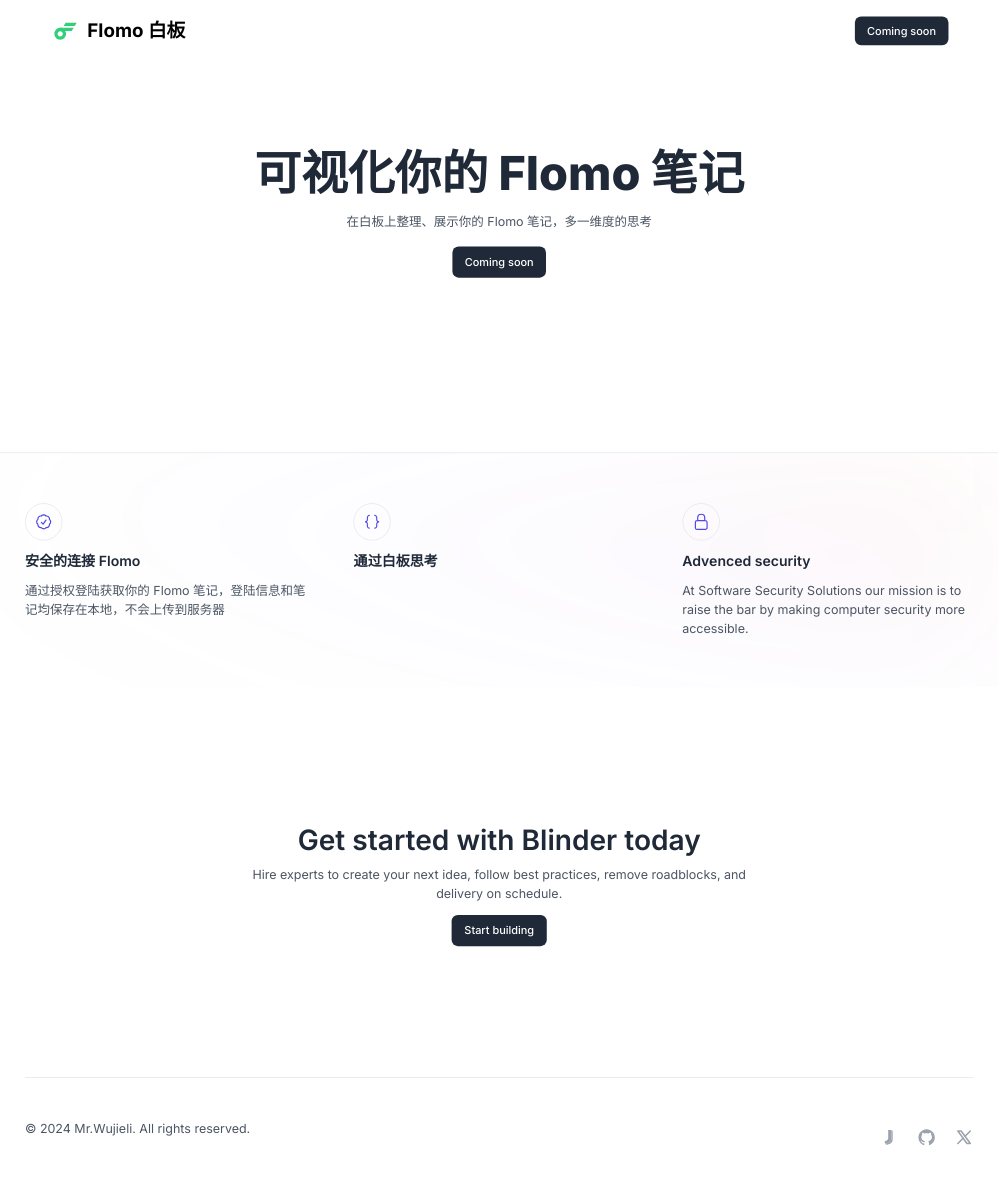
Repository: wujieli0207/flomo-board
Page: /
The author's editor kept a copy of each file at every save. The page is drawn from the files as they stood at one save, then again after the next save.
The browser window is 1280 px wide. The pictures show the whole page, at 78% of full size.
The project was rebuilt for these pictures with package versions that can differ from the ones it lists, and the page was loaded fresh each time. The framework's server and built-in components were replaced by stand-ins that run in the browser. Also part of the build but not shown: next.config.mjs.

Above is the page before, as saved 2024-06-22 20:22:06.

### app/page.tsx
import GradientWrapper from '@/components/GradientWrapper'
import Features from '@/components/ui/Features'
import Footer from '@/components/ui/Footer'
import FooterCTA from '@/components/ui/FooterCTA'
import Hero from '@/components/ui/Hero'
import Navbar from '@/components/ui/Navbar'

export default function Home() {
  return (
    <>
      <Navbar />
      <main className="flex min-h-screen flex-col items-center justify-between">
        <Hero />
        <GradientWrapper>
          <Features />
        </GradientWrapper>
        <FooterCTA />
      </main>
      <Footer />
    </>
  )
}

### app/globals.css
@tailwind base;
@tailwind components;
@tailwind utilities;

.custom-screen {
  @apply max-w-screen-xl mx-auto px-4 md:px-8;
}

.gradient-border {
  border: 1px solid transparent;
  background: linear-gradient(white, white),
    linear-gradient(
      25deg,
      rgba(209, 213, 219, 1),
      rgba(209, 213, 219, 1),
      rgba(0, 0, 0, 0.63),
      rgba(209, 213, 219, 1),
      rgba(209, 213, 219, 1)
    );
  background-clip: padding-box, border-box;
  background-origin: padding-box, border-box;
}

### components/GradientWrapper.tsx
import { ReactNode } from 'react'

interface IProps {
  children: ReactNode
  className?: string
}

const GradientWrapper = ({ children, className = '' }: IProps) => (
  <div
    className={`relative overflow-hidden my-16 border-t sm:my-28 ${
      className ?? ''
    }`}
  >
    <div
      className="blur-[100px] absolute inset-0 w-full h-full"
      style={{
        background:
          'linear-gradient(202.72deg, rgba(237, 78, 80, 0.05) 14.76%, rgba(152, 103, 240, 0.04) 34.37%, rgba(152, 103, 240, 0) 86.62%)',
      }}
    ></div>
    <div className="relative">{children}</div>
  </div>
)

export default GradientWrapper

### components/ui/Features/index.tsx
import SectionWrapper from '../../SectionWrapper'

const Features = () => {
  const features = [
    {
      icon: (
        <svg
          xmlns="http://www.w3.org/2000/svg"
          fill="none"
          viewBox="0 0 24 24"
          strokeWidth={1.5}
          stroke="currentColor"
          className="w-6 h-6"
        >
          <path
            strokeLinecap="round"
            strokeLinejoin="round"
            d="M9 12.75L11.25 15 15 9.75M21 12c0 1.268-.63 2.39-1.593 3.068a3.745 3.745 0 01-1.043 3.296 3.745 3.745 0 01-3.296 1.043A3.745 3.745 0 0112 21c-1.268 0-2.39-.63-3.068-1.593a3.746 3.746 0 01-3.296-1.043 3.745 3.745 0 01-1.043-3.296A3.745 3.745 0 013 12c0-1.268.63-2.39 1.593-3.068a3.745 3.745 0 011.043-3.296 3.746 3.746 0 013.296-1.043A3.746 3.746 0 0112 3c1.268 0 2.39.63 3.068 1.593a3.746 3.746 0 013.296 1.043 3.746 3.746 0 011.043 3.296A3.745 3.745 0 0121 12z"
          />
        </svg>
      ),
      title: '安全的连接 Flomo',
      desc: '通过授权登陆获取你的 Flomo 笔记，登陆信息和笔记均保存在本地，不会上传到服务器',
    },
    {
      icon: (
        <svg
          className="w-6 h-6"
          viewBox="0 0 24 24"
          fill="none"
          xmlns="http://www.w3.org/2000/svg"
        >
          <path
            fill-rule="evenodd"
            clip-rule="evenodd"
            d="M9 4.476V3H8.865C8.3955 3 7.941 3.093 7.5015 3.2775C7.06407 3.46087 6.66854 3.73136 6.339 4.0725C6.01829 4.39483 5.76667 4.77915 5.5995 5.202V5.2035C5.45069 5.60502 5.35097 6.02305 5.3025 6.4485V6.4515C5.25984 6.8816 5.24781 7.31419 5.2665 7.746C5.2845 8.181 5.2935 8.616 5.2935 9.0495C5.2935 9.354 5.2335 9.639 5.118 9.9075V9.909C4.89786 10.433 4.48805 10.8546 3.9705 11.0895C3.70659 11.2048 3.42148 11.2635 3.1335 11.262H3V12.738H3.135C3.4275 12.738 3.705 12.798 3.969 12.9195L3.9705 12.921C4.2375 13.038 4.464 13.197 4.653 13.398L4.656 13.401C4.851 13.596 5.0055 13.8285 5.1165 14.0985L5.118 14.1015C5.235 14.3715 5.2935 14.6535 5.2935 14.9505C5.2935 15.3855 5.2845 15.8205 5.2665 16.254C5.2485 16.698 5.2605 17.1315 5.3025 17.559V17.5605C5.352 17.985 5.451 18.3975 5.598 18.7965V18.798C5.757 19.2075 6.0045 19.584 6.339 19.9275C6.6735 20.2725 7.062 20.538 7.5015 20.7225C7.941 20.907 8.3955 21 8.8665 21H9V19.524H8.865C8.565 19.524 8.2845 19.467 8.0205 19.3515C7.76585 19.2325 7.53389 19.0701 7.335 18.8715C7.14192 18.666 6.98519 18.4291 6.8715 18.171C6.7605 17.901 6.7065 17.616 6.7065 17.3115C6.7065 16.9695 6.711 16.632 6.723 16.3035C6.735 15.9615 6.735 15.6285 6.723 15.306C6.71771 14.9845 6.69015 14.6637 6.6405 14.346C6.59278 14.0326 6.50819 13.726 6.3885 13.4325C6.15504 12.8646 5.77322 12.3698 5.283 12C5.77377 11.6304 6.15612 11.1356 6.39 10.5675C6.51 10.2795 6.5925 9.978 6.642 9.6645C6.6915 9.3495 6.7185 9.03 6.7245 8.7045C6.7365 8.3745 6.7365 8.0415 6.7245 7.7055C6.7125 7.3695 6.7065 7.0305 6.7065 6.6885C6.7039 6.25858 6.82703 5.83727 7.06076 5.47643C7.29448 5.11558 7.6286 4.83093 8.022 4.6575C8.28687 4.53605 8.57512 4.4741 8.8665 4.476H9ZM15 19.524V21H15.135C15.6045 21 16.059 20.907 16.4985 20.7225C16.938 20.538 17.3265 20.2725 17.661 19.9275C17.9955 19.5825 18.243 19.2075 18.4005 18.798V18.7965C18.5505 18.3975 18.648 17.982 18.6975 17.5515V17.5485C18.7395 17.1285 18.7515 16.698 18.7335 16.254C18.7155 15.819 18.7065 15.384 18.7065 14.9505C18.7065 14.646 18.7665 14.361 18.882 14.0925V14.091C19.1019 13.5668 19.5118 13.1452 20.0295 12.9105C20.2935 12.7954 20.5785 12.7367 20.8665 12.738H21V11.262H20.865C20.571 11.262 20.2935 11.202 20.0295 11.0805L20.028 11.079C19.7705 10.968 19.5382 10.8057 19.3455 10.602L19.3425 10.599C19.1443 10.3993 18.9878 10.1622 18.882 9.9015V9.8985C18.7648 9.63083 18.7045 9.34171 18.705 9.0495C18.705 8.6145 18.714 8.1795 18.732 7.746C18.7507 7.3107 18.7387 6.87461 18.696 6.441V6.4395C18.6474 6.01715 18.5482 5.60217 18.4005 5.2035V5.202C18.2329 4.77902 17.9807 4.39469 17.6595 4.0725C17.3299 3.7314 16.9344 3.46091 16.497 3.2775C16.0653 3.09415 15.601 2.99977 15.132 3H15V4.476H15.135C15.435 4.476 15.7155 4.533 15.978 4.6485C16.239 4.7715 16.467 4.9305 16.6635 5.1285C16.854 5.3295 17.0085 5.5635 17.127 5.829C17.238 6.099 17.292 6.384 17.292 6.6885C17.292 7.0305 17.2875 7.3665 17.2755 7.6965C17.2635 8.0385 17.2635 8.3715 17.2755 8.694C17.2815 9.027 17.3085 9.3465 17.358 9.654C17.4075 9.975 17.4915 10.278 17.61 10.5675C17.8439 11.1356 18.2263 11.6303 18.717 12C18.2263 12.3697 17.8439 12.8644 17.61 13.4325C17.4912 13.7227 17.4066 14.0257 17.358 14.3355C17.3085 14.6505 17.2815 14.97 17.2755 15.2955C17.2634 15.6284 17.2634 15.9616 17.2755 16.2945C17.2875 16.6305 17.2935 16.9695 17.2935 17.3115C17.2959 17.7414 17.1727 18.1626 16.939 18.5234C16.7053 18.8842 16.3713 19.1689 15.978 19.3425C15.7131 19.4639 15.4249 19.5259 15.1335 19.524H15Z"
            fill="currentColor"
          />
        </svg>
      ),
      title: '通过白板思考',
      desc: '',
    },
    {
      icon: (
        <svg
          xmlns="http://www.w3.org/2000/svg"
          fill="none"
          viewBox="0 0 24 24"
          strokeWidth={1.5}
          stroke="currentColor"
          className="w-6 h-6"
        >
          <path
            strokeLinecap="round"
            strokeLinejoin="round"
            d="M16.5 10.5V6.75a4.5 4.5 0 10-9 0v3.75m-.75 11.25h10.5a2.25 2.25 0 002.25-2.25v-6.75a2.25 2.25 0 00-2.25-2.25H6.75a2.25 2.25 0 00-2.25 2.25v6.75a2.25 2.25 0 002.25 2.25z"
          />
        </svg>
      ),
      title: 'Advenced security',
      desc: 'At Software Security Solutions our mission is to raise the bar by making computer security more accessible.',
    },
  ]

  return (
    <SectionWrapper>
      <div id="features" className="custom-screen text-gray-600">
        <ul className="grid gap-x-12 gap-y-8 sm:grid-cols-2 lg:grid-cols-3">
          {features.map((item, idx) => (
            <li key={idx} className="space-y-3">
              <div className="w-12 h-12 border text-indigo-600 rounded-full flex items-center justify-center">
                {item.icon}
              </div>
              <h4 className="text-lg text-gray-800 font-semibold">
                {item.title}
              </h4>
              <p>{item.desc}</p>
            </li>
          ))}
        </ul>
      </div>
    </SectionWrapper>
  )
}

export default Features

### components/ui/Footer/index.tsx
import Link from 'next/link'

const socialInfo = [
  {
    icon: (
      <svg
        className="fill-current h-6"
        viewBox="0 0 1024 1024"
        version="1.1"
        xmlns="http://www.w3.org/2000/svg"
        p-id="11966"
      >
        <path
          d="M297.88660622 864.60698169a17.99472925 17.99472925 0 0 1-1.92238933 0.35535076l61.27179093 59.73970488c58.91832035-5.41181725 116.59000035-20.90744035 159.05150293-36.26325333 42.49645511-15.39076551 77.44316302-35.15642311 104.9100288-59.38435413a221.79130027 221.79130027 0 0 0 61.02129778-87.27647574c13.18293049-33.98551325 19.77148302-73.20225565 19.77148302-117.66187804V404.55008711c0-49.51608889 0.18058809-92.43779982 0.53593885-128.73600569 0.35535075-36.3331584 0.57089138-69.10698382 0.57089138-98.42633387l-68.53609245-54.67741297c0 29.24361955-0.18058809 62.01744498-0.53593884 98.31565084s-0.53593885 79.22574222-0.53593884 128.73600569v219.57763982c0 44.45379698-6.58855253 83.6763648-19.77148303 117.62692552a221.8786816 221.8786816 0 0 1-61.02129777 87.27647573c-27.43191325 24.2221056-62.40774827 44.02854115-104.9100288 59.38435413-41.93138915 15.16357405-91.9076864 25.49787307-149.89976463 30.97959538z"
          p-id="11967"
        ></path>
        <path
          d="M634.59018525 122.59965155c0 29.27857209-0.21554062 62.08735005-0.57089138 98.39138134a13396.43221333 13396.43221333 0 0 0-0.53593885 128.77678364v219.57763982c0 44.45379698-6.58855253 83.6763648-19.80643555 117.62692552a221.85537991 221.85537991 0 0 1-60.98634525 87.27647573c-27.46686578 24.2221056-62.44852622 44.02854115-104.9100288 59.38435413s-93.15432675 25.75419165-152.07264711 31.17183432l-33.05927111-142.02379378c26.85519645-2.98261618 53.48320142-7.79441493 79.68595058-14.38879289a165.97210453 165.97210453 0 0 0 59.62902187-28.46301298c18.05880889-14.06839467 31.70194773-31.77767822 40.96436906-53.1103744 9.19251627-21.3385216 13.78294898-49.51608889 13.78294898-84.5676544 0-28.21251982 0.1048576-57.92217315 0.28544569-89.19886507 0.18058809-31.24173938 0.25049315-63.51457849 0.25049315-96.74861226 0-57.85226809-0.25049315-103.83815111-0.786432-137.99842702-0.57089138-34.16027591-0.9961472-66.04281173-1.35149795-95.68256h179.42882987l0.0524288-0.0233017z"
          p-id="11968"
        ></path>
      </svg>
    ),
    href: 'https://web.okjike.com/u/737645D8-42B5-4B4F-9687-DCA50D85DE1A',
  },
  {
    icon: (
      <svg
        className="fill-current h-6 icon"
        viewBox="0 0 1024 1024"
        version="1.1"
        xmlns="http://www.w3.org/2000/svg"
        p-id="10708"
      >
        <path
          d="M511.6 76.3C264.3 76.2 64 276.4 64 523.5 64 718.9 189.3 885 363.8 946c23.5 5.9 19.9-10.8 19.9-22.2v-77.5c-135.7 15.9-141.2-73.9-150.3-88.9C215 726 171.5 718 184.5 703c30.9-15.9 62.4 4 98.9 57.9 26.4 39.1 77.9 32.5 104 26 5.7-23.5 17.9-44.5 34.7-60.8-140.6-25.2-199.2-111-199.2-213 0-49.5 16.3-95 48.3-131.7-20.4-60.5 1.9-112.3 4.9-120 58.1-5.2 118.5 41.6 123.2 45.3 33-8.9 70.7-13.6 112.9-13.6 42.4 0 80.2 4.9 113.5 13.9 11.3-8.6 67.3-48.8 121.3-43.9 2.9 7.7 24.7 58.3 5.5 118 32.4 36.8 48.9 82.7 48.9 132.3 0 102.2-59 188.1-200 212.9 23.5 23.2 38.1 55.4 38.1 91v112.5c0.8 9 0 17.9 15 17.9 177.1-59.7 304.6-227 304.6-424.1 0-247.2-200.4-447.3-447.5-447.3z"
          p-id="10709"
        ></path>
      </svg>
    ),
    href: 'https://github.com/wujieli0207',
  },
  {
    icon: (
      <svg
        xmlns="http://www.w3.org/2000/svg"
        width="24"
        height="24"
        viewBox="0 0 24 24"
        fill="none"
        stroke="currentColor"
        stroke-width="2"
        stroke-linecap="round"
        stroke-linejoin="round"
      >
        <path stroke="none" d="M0 0h24v24H0z" fill="none" />
        <path d="M4 4l11.733 16h4.267l-11.733 -16z" />
        <path d="M4 20l6.768 -6.768m2.46 -2.46l6.772 -6.772" />
      </svg>
    ),
    href: 'https://x.com/li_wujie',
  },
]

const Footer = () => (
  <footer>
    <div className="custom-screen pt-16">
      <div className="mt-10 py-10 border-t items-center justify-between sm:flex">
        <p className="text-gray-600">
          © 2024{' '}
          <Link
            href="https://wujieli.com"
            target="_blank"
            className="hover:text-gray-800 hover:underline duration-150"
          >
            Mr.Wujieli
          </Link>
          . All rights reserved.
        </p>
        <div className="flex items-center gap-x-6 text-gray-400 mt-6">
          {socialInfo.map((item, idx) => (
            <a
              key={idx}
              href={item.href}
              aria-label="social media"
              target="_blank"
              rel="noreferrer"
            >
              {item.icon}
            </a>
          ))}
        </div>
      </div>
    </div>
  </footer>
)

export default Footer

### components/ui/FooterCTA/index.tsx
import SectionWrapper from '../../SectionWrapper'
import NavLink from '../NavLink'

const FooterCTA = () => (
  <SectionWrapper>
    <div className="custom-screen">
      <div className="max-w-2xl mx-auto text-center">
        <h2 className="text-gray-800 text-3xl font-semibold sm:text-4xl">
          Get started with Blinder today
        </h2>
        <p className="mt-3 text-gray-600">
          Hire experts to create your next idea, follow best practices, remove
          roadblocks, and delivery on schedule.
        </p>
        <NavLink
          href="/get-started"
          className="mt-4 inline-block font-medium text-sm text-white bg-gray-800 hover:bg-gray-600 active:bg-gray-900"
        >
          Start building
        </NavLink>
      </div>
    </div>
  </SectionWrapper>
)

export default FooterCTA

### components/ui/Hero/index.tsx
import NavLink from '../NavLink'

const Hero = () => (
  <section>
    <div className="custom-screen py-28 text-gray-600">
      <div className="space-y-5 max-w-4xl mx-auto text-center">
        <h1 className="text-4xl text-gray-800 font-extrabold mx-auto sm:text-6xl">
          可视化你的 Flomo 笔记
        </h1>
        <p className="max-w-xl mx-auto">
          在白板上整理、展示你的 Flomo 笔记，多一维度的思考
        </p>
        <div className="flex items-center justify-center gap-x-3 font-medium text-sm">
          <NavLink
            href="/"
            className="text-white bg-gray-800 hover:bg-gray-600 active:bg-gray-900 "
          >
            Coming soon
          </NavLink>
          {/* <NavLink
            href="#cta"
            className="text-gray-700 border hover:bg-gray-50"
          >
            Learn more
          </NavLink> */}
        </div>
      </div>
    </div>
  </section>
)

export default Hero

### components/ui/Navbar/index.tsx
'use client'

import Link from 'next/link'
import { useEffect, useState } from 'react'
import Brand from '../Brand'
import NavLink from '../NavLink'

const Navbar = () => {
  const [state, setState] = useState(false)
  // const { events } = useRouter()

  // const navigation = [{ title: 'Features', path: '#features' }]

  useEffect(() => {
    // Close the navbar menu when navigate
    const handleState = () => {
      document.body.classList.remove('overflow-hidden')
      setState(false)
    }
    // events.on('routeChangeStart', () => handleState())
    // events.on('hashChangeStart', () => handleState())
  }, [])

  const handleNavMenu = () => {
    setState(!state)
    document.body.classList.toggle('overflow-hidden')
  }

  return (
    <nav
      className={`bg-white w-full px-8 md:static md:text-sm ${
        state ? 'fixed z-10 h-full' : ''
      }`}
    >
      <div className="custom-screen items-center mx-auto md:flex">
        <div className="flex items-center justify-between py-3 md:py-5 md:block">
          <Brand />
          <div className="md:hidden">
            <button
              role="button"
              aria-label="Open the menu"
              className="text-gray-500 hover:text-gray-800"
              onClick={handleNavMenu}
            >
              {state ? (
                <svg
                  xmlns="http://www.w3.org/2000/svg"
                  className="h-6 w-6"
                  viewBox="0 0 20 20"
                  fill="currentColor"
                >
                  <path
                    fillRule="evenodd"
                    d="M4.293 4.293a1 1 0 011.414 0L10 8.586l4.293-4.293a1 1 0 111.414 1.414L11.414 10l4.293 4.293a1 1 0 01-1.414 1.414L10 11.414l-4.293 4.293a1 1 0 01-1.414-1.414L8.586 10 4.293 5.707a1 1 0 010-1.414z"
                    clipRule="evenodd"
                  />
                </svg>
              ) : (
                <svg
                  xmlns="http://www.w3.org/2000/svg"
                  fill="none"
                  viewBox="0 0 24 24"
                  strokeWidth={1.5}
                  stroke="currentColor"
                  className="w-6 h-6"
                >
                  <path
                    strokeLinecap="round"
                    strokeLinejoin="round"
                    d="M3.75 6.75h16.5M3.75 12h16.5m-16.5 5.25h16.5"
                  />
                </svg>
              )}
            </button>
          </div>
        </div>
        <div
          className={`flex-1 pb-3 mt-8 md:pb-0 md:mt-0 md:block ${
            state ? '' : 'hidden'
          }`}
        >
          <ul className="text-gray-700 justify-end items-center space-y-6 md:flex md:space-x-6 md:space-y-0 md:text-gray-600 md:font-medium">
            {/* {navigation.map((item, idx) => {
              return (
                <li key={idx} className="duration-150 hover:text-gray-900">
                  <Link href={item.path} className="block">
                    {item.title}
                  </Link>
                </li>
              )
            })} */}
            <li>
              <NavLink
                href="/"
                className="block font-medium text-sm text-white bg-gray-800 hover:bg-gray-600 active:bg-gray-900 md:inline"
              >
                Coming soon
              </NavLink>
            </li>
          </ul>
        </div>
      </div>
    </nav>
  )
}

export default Navbar

### components/SectionWrapper.tsx
import { ReactNode } from 'react'

interface IProps {
  children: ReactNode
  id?: string
  className?: string
}

const SectionWrapper = ({ children, id, className }: IProps) => (
  <section id={id} className={`py-16 ${className ?? ''}`}>
    {children}
  </section>
)

export default SectionWrapper

### components/ui/NavLink/index.tsx
import Link from 'next/link'
import { ReactNode } from 'react'

interface IProps {
  children: ReactNode
  href: string
  className?: string
}

const NavLink = ({ children, href, className = '' }: IProps) => (
  <Link
    href={href}
    className={`py-2.5 px-4 text-center rounded-lg duration-150 ${className}`}
  >
    {children}
  </Link>
)

export default NavLink

### components/ui/Brand/index.tsx
import Image from 'next/image'
import Link from 'next/link'

const Brand = () => (
  <Link href="/" className="flex items-center">
    <Image src="/logo.svg" width={40} height={40} alt="logo" />
    <h1 className="ml-2 text-2xl font-bold">Flomo 白板</h1>
  </Link>
)
export default Brand

### tailwind.config.ts
import type { Config } from 'tailwindcss'

const config: Config = {
  content: [
    './pages/**/*.{js,ts,jsx,tsx,mdx}',
    './components/**/*.{js,ts,jsx,tsx,mdx}',
    './app/**/*.{js,ts,jsx,tsx,mdx}',
  ],
  theme: {
    extend: {
      backgroundImage: {
        'gradient-radial': 'radial-gradient(var(--tw-gradient-stops))',
        'gradient-conic':
          'conic-gradient(from 180deg at 50% 50%, var(--tw-gradient-stops))',
      },
    },
  },
  plugins: [
    require('@tailwindcss/forms')({
      strategy: 'class', // only generate classes
    }),
  ],
}
export default config

Loaded but not shown: app/layout.tsx (common file)

After the next save:
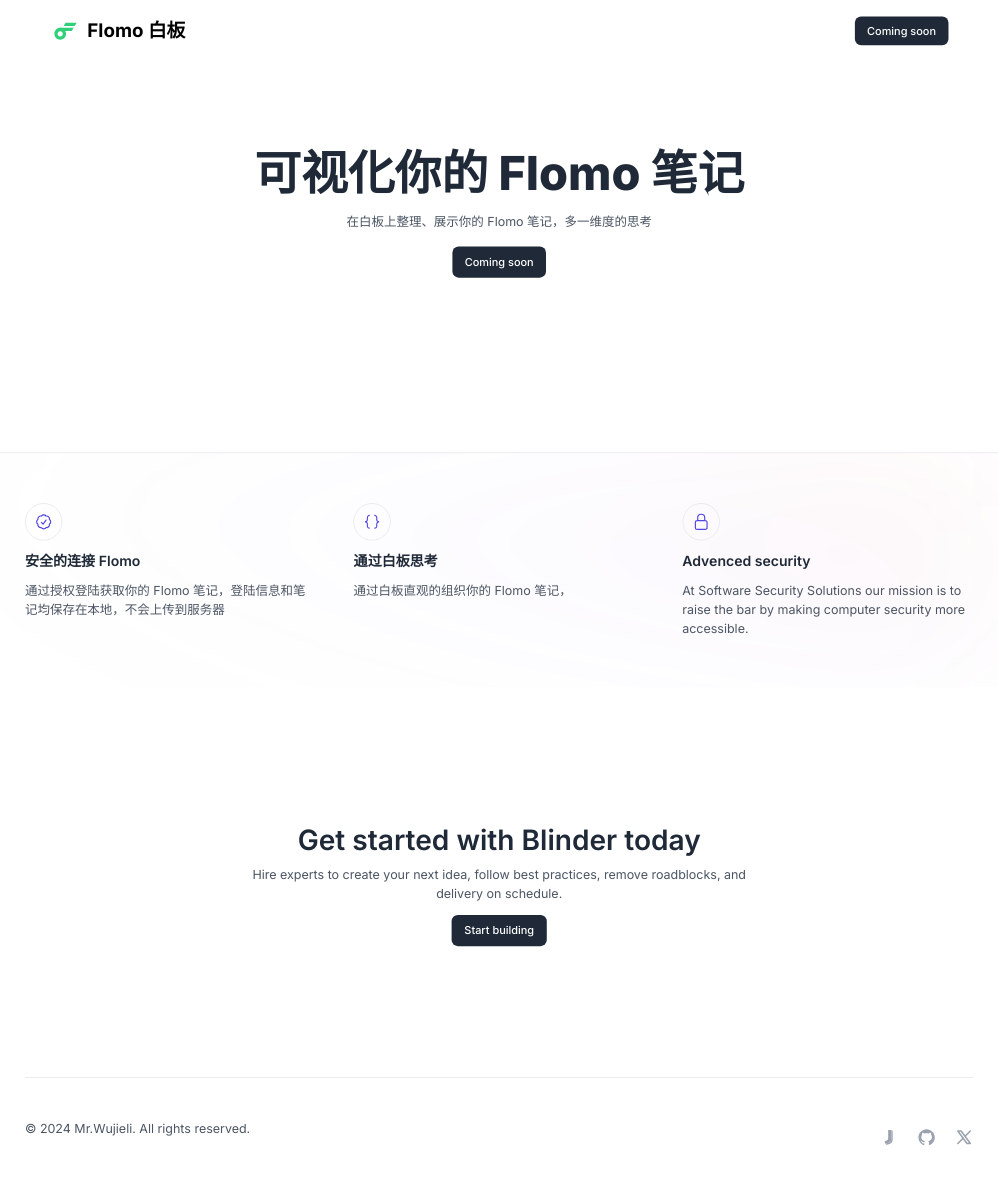
Saved 68 s later.
--- a/components/ui/Features/index.tsx
+++ b/components/ui/Features/index.tsx
@@ -39,7 +39,7 @@
         </svg>
       ),
       title: '通过白板思考',
-      desc: '',
+      desc: '通过白板直观的组织你的 Flomo 笔记，',
     },
     {
       icon: (
